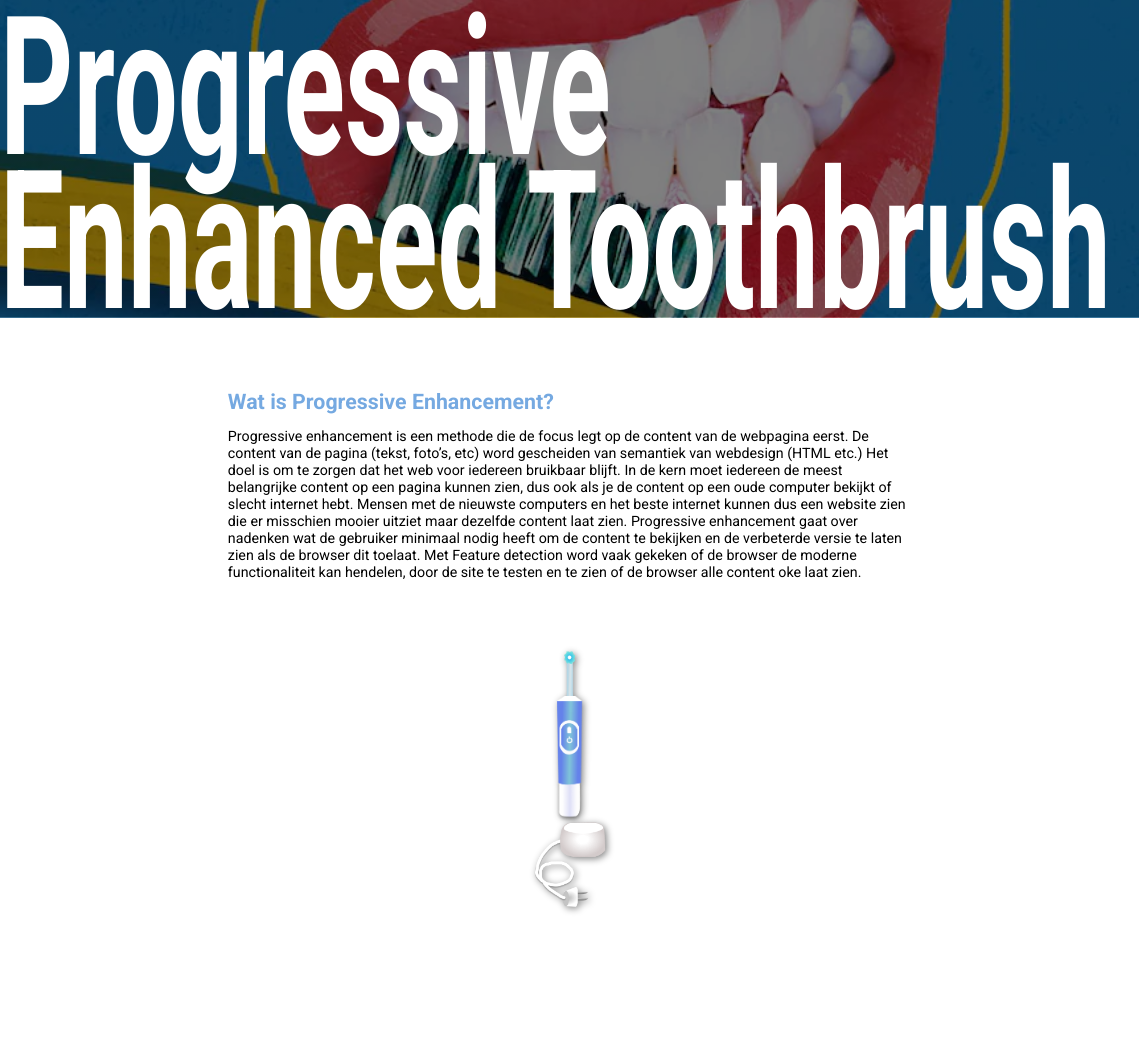
Repository: norakramer1/browser-technologies-2122
Page: progressive-enhanced-toothbrush-main/index.html
These files come from the project's save history. The page is drawn as it stood at one moment and after the next save; the edit follows.
The browser window is 1280 px wide. The pictures show the whole page, at 89% of full size.

Above is the page before, as saved 2022-03-23 12:51:33.

After the next save:
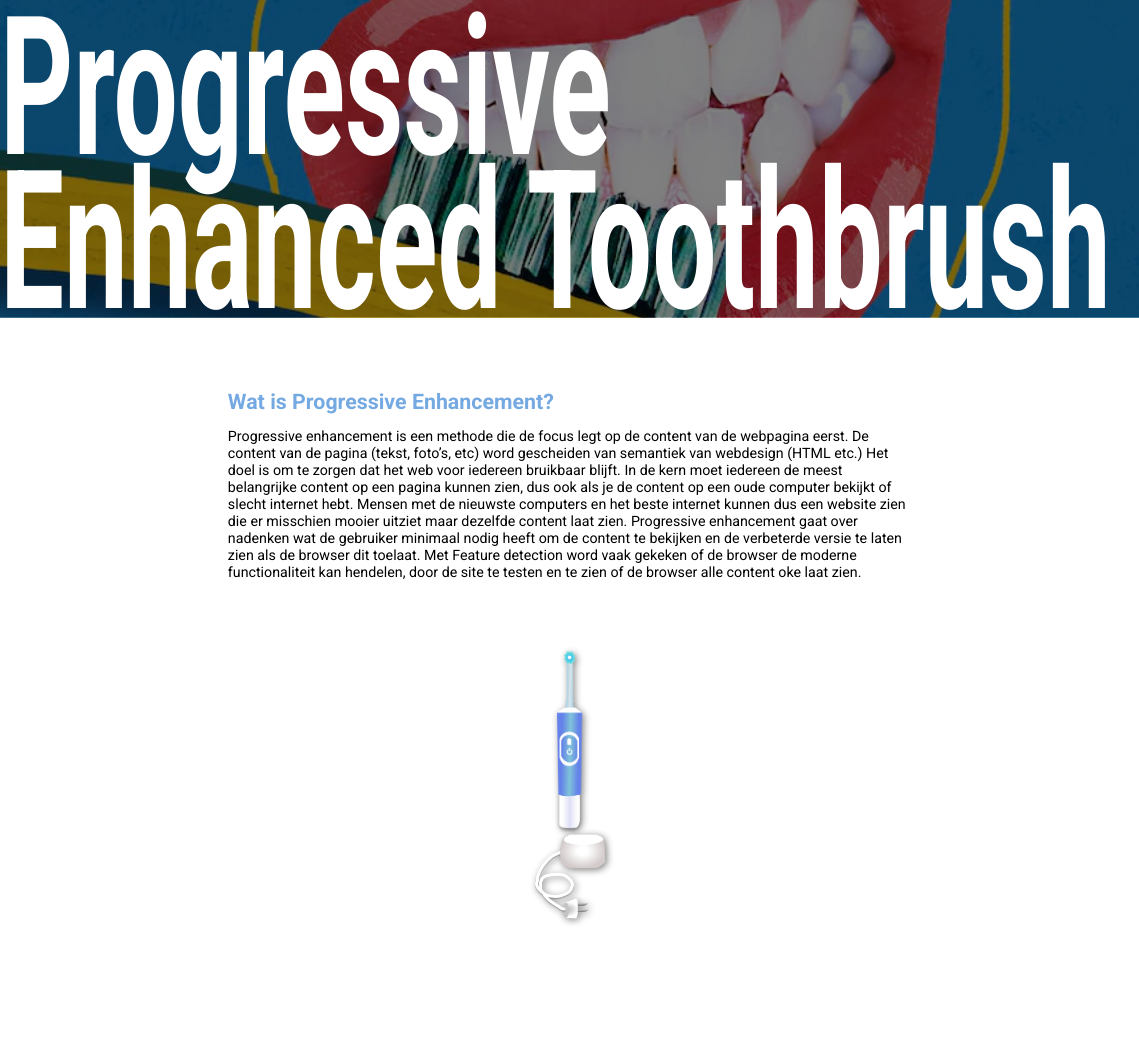
Saved 7 s later.
--- a/progressive-enhanced-toothbrush-main/style.css
+++ b/progressive-enhanced-toothbrush-main/style.css
@@ -45,7 +45,7 @@ article:nth-child(2) img:first-child {
     width: .8rem;
 }
 article:nth-child(2) img:nth-child(2) {
-    margin-top: -1rem;
+    margin-top: -.2rem;
     width: 2rem;
 }
 article:nth-child(2) img:last-child {
